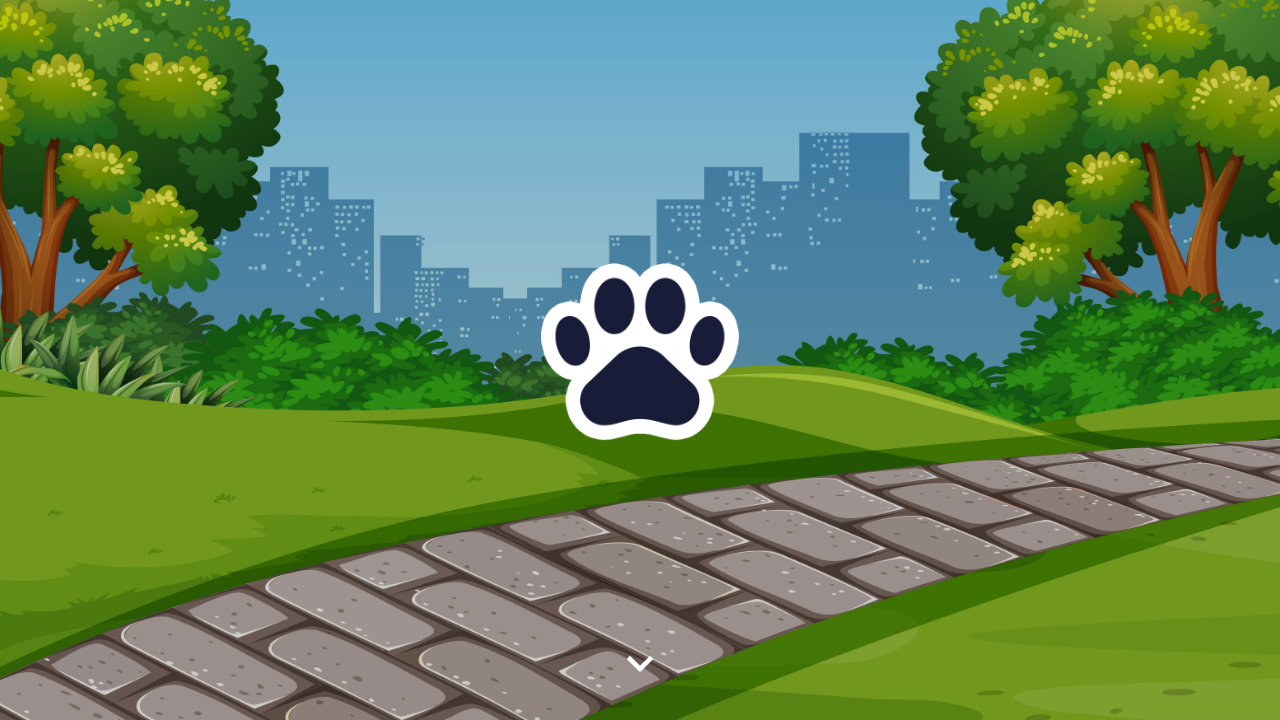
Repository: Emanuele-Sgroi/Pawfect-Diet-App-Showcase
Page: /
The author's editor kept a copy of each file at every save. The page is drawn from the files as they stood at one save, then again after the next save.
The browser window is 1280 px wide. The pictures show the whole page.
The project was rebuilt for these pictures with package versions that can differ from the ones it lists, and the page was loaded fresh each time. The framework's server and built-in components were replaced by stand-ins that run in the browser. Also part of the build but not shown: next.config.mjs.

Above is the page before, as saved 2025-04-18 13:05:24.

After the next save:
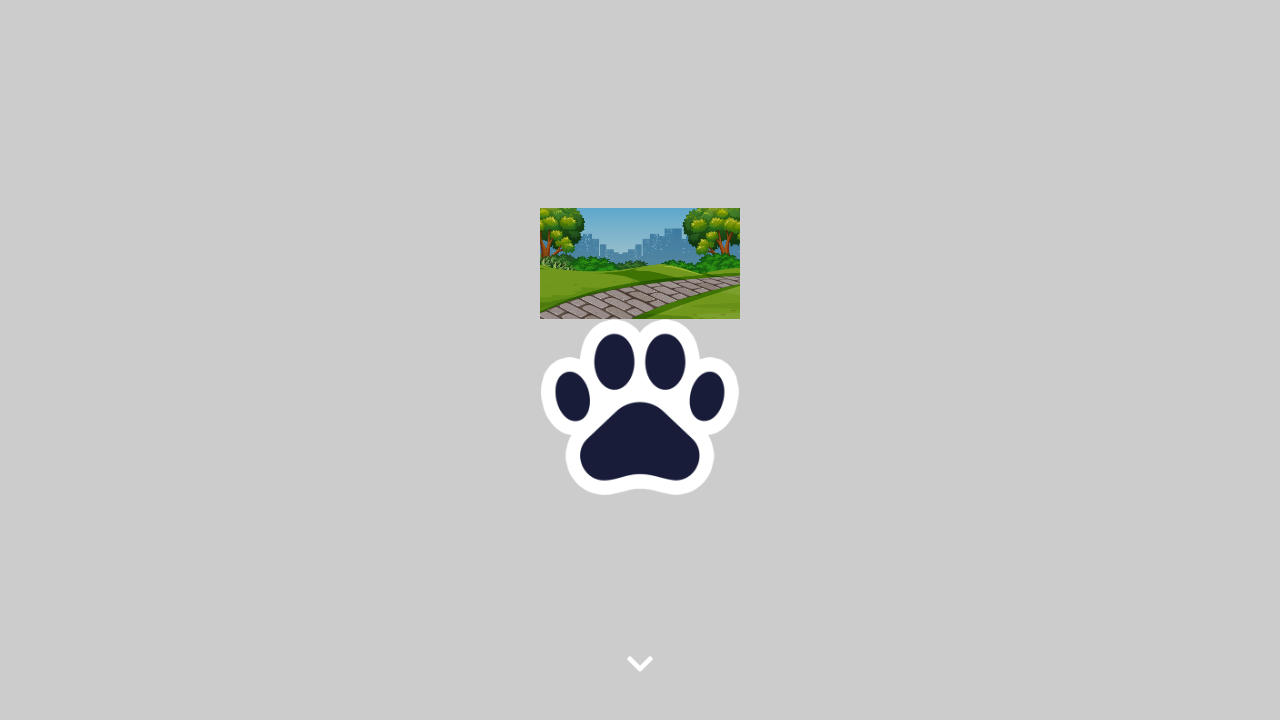
Saved 30 s later.
--- a/src/components/HeroSection.js
+++ b/src/components/HeroSection.js
@@ -15,7 +15,8 @@
       <Image
         src={images.hero_bg}
         alt="Hero Background"
-        fill
+        width={200}
+        height={200}
         className="object-cover"
         priority
       />

After the save that followed:
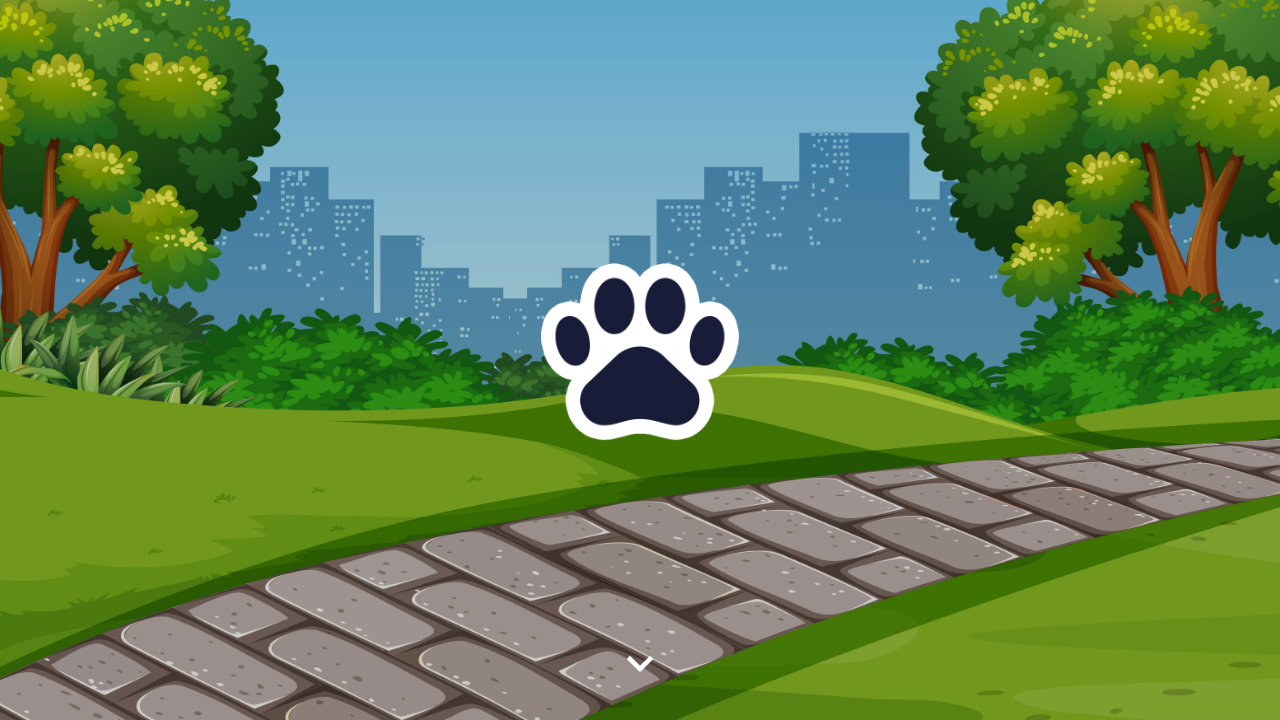
Saved 9 s later.
--- a/src/components/HeroSection.js
+++ b/src/components/HeroSection.js
@@ -15,8 +15,7 @@
       <Image
         src={images.hero_bg}
         alt="Hero Background"
-        width={200}
-        height={200}
+        fill
         className="object-cover"
         priority
       />
